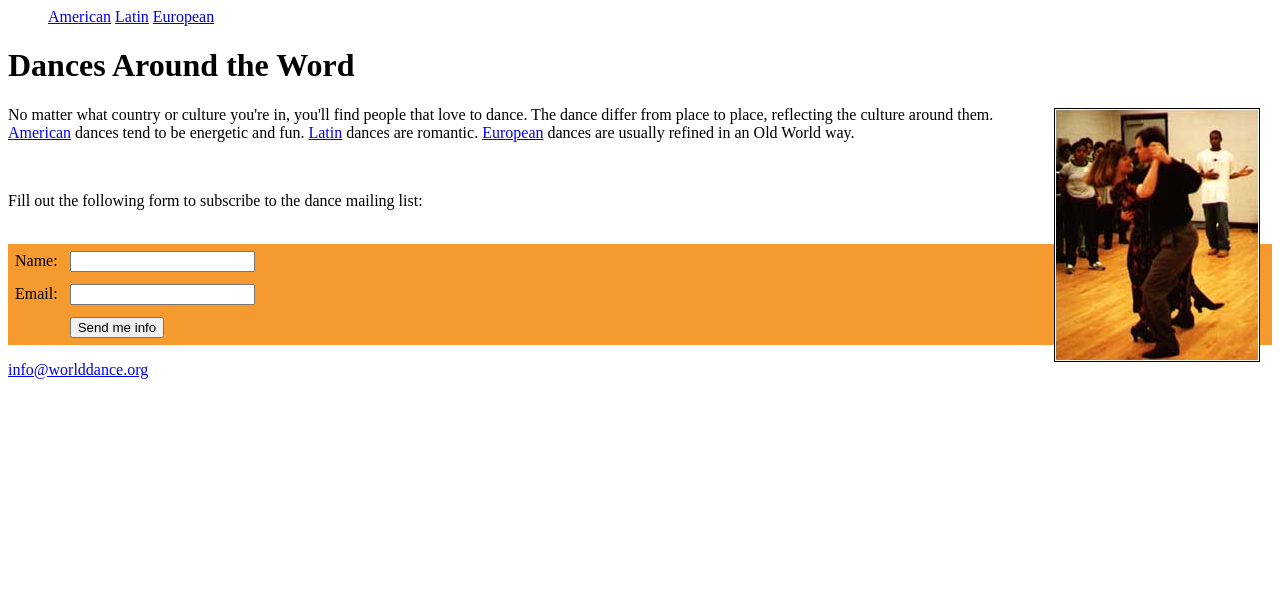
Repository: Helianthusss/Learn-CPP
Page: HTML/Lab-04/Dance/index.html
An editor plug-in stored every save of this project. The page is shown before and after the next save, followed by the edit.
The browser window is 1280 px wide. The pictures show the whole page.

Above is the page before, as saved 2021-10-14 00:22:53.

After the next save:
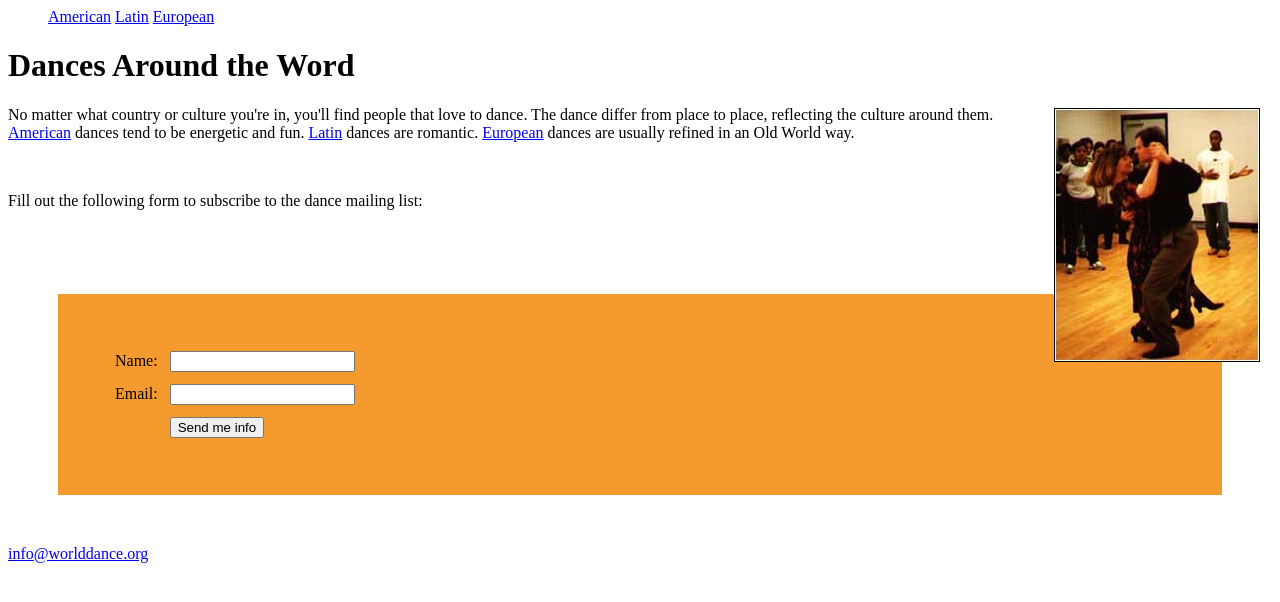
Saved 37 s later.
--- a/HTML/Lab-04/Dance/index.css
+++ b/HTML/Lab-04/Dance/index.css
@@ -3,4 +3,6 @@ li {
 }
 form {
   background-color: #f49a2e;
+  padding: 50px;
+  margin: 50px;
 }

After the save that followed:
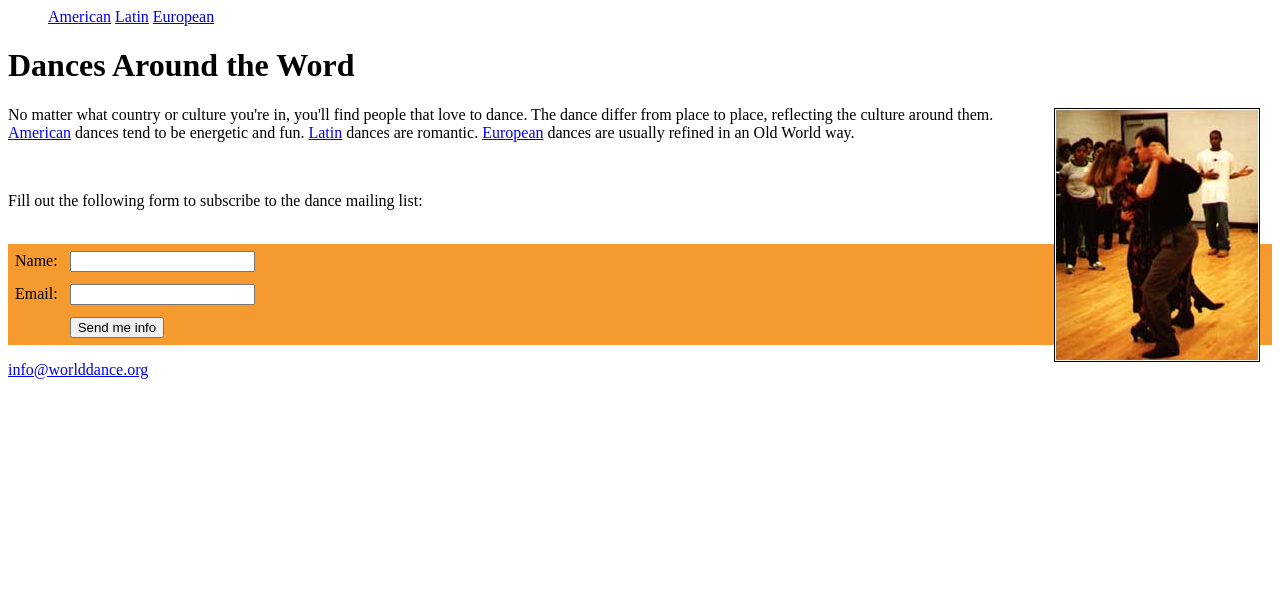
Saved 13 s later.
--- a/HTML/Lab-04/Dance/index.css
+++ b/HTML/Lab-04/Dance/index.css
@@ -3,6 +3,6 @@ li {
 }
 form {
   background-color: #f49a2e;
-  padding: 50px;
-  margin: 50px;
+  padding: 0px;
+  margin: 0px;
 }
